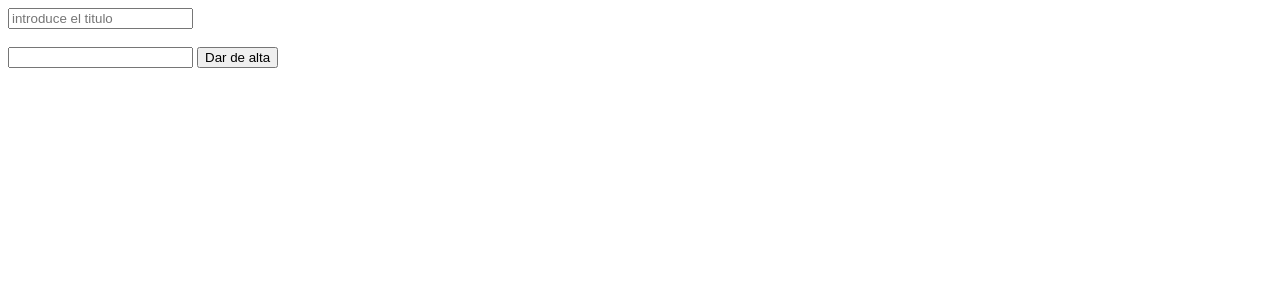
Repository: sergipc88/dev
Page: z.struts.hospital/WebContent/alta.html
These files come from the project's save history. The page is drawn as it stood at one moment and after the next save; the edit follows.
The browser window is 1280 px wide. The pictures show the whole page.

Above is the page before, as saved 2018-05-09 14:00:01.

After the next save:
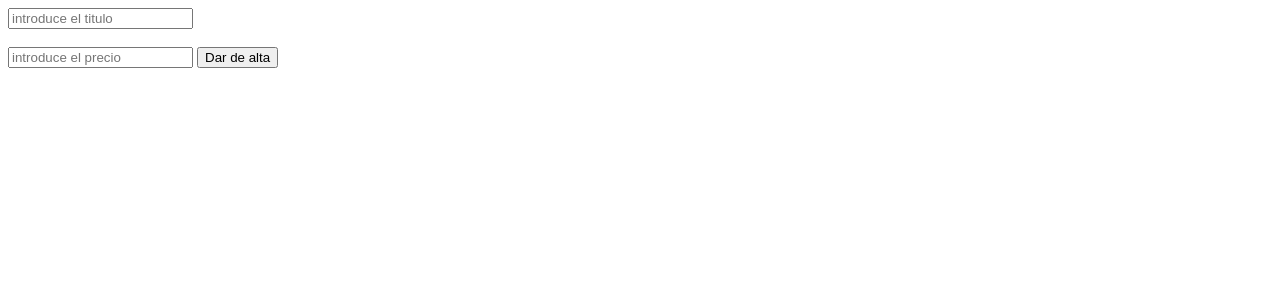
Saved 41 s later.
--- a/z.struts.hospital/WebContent/alta.html
+++ b/z.struts.hospital/WebContent/alta.html
@@ -10,8 +10,7 @@
 			<form action="alta">
 
 				<input type="text" name="titulo" placeholder="introduce el titulo"><br><br>
-				<input type="text" name="precio">
-				<input type="hidden" name="action" value="alta" />
+				<input type="text" name="precio" placeholder="introduce el precio">
 				<input type="submit" value="Dar de alta">
 			</form>
 		</div>
